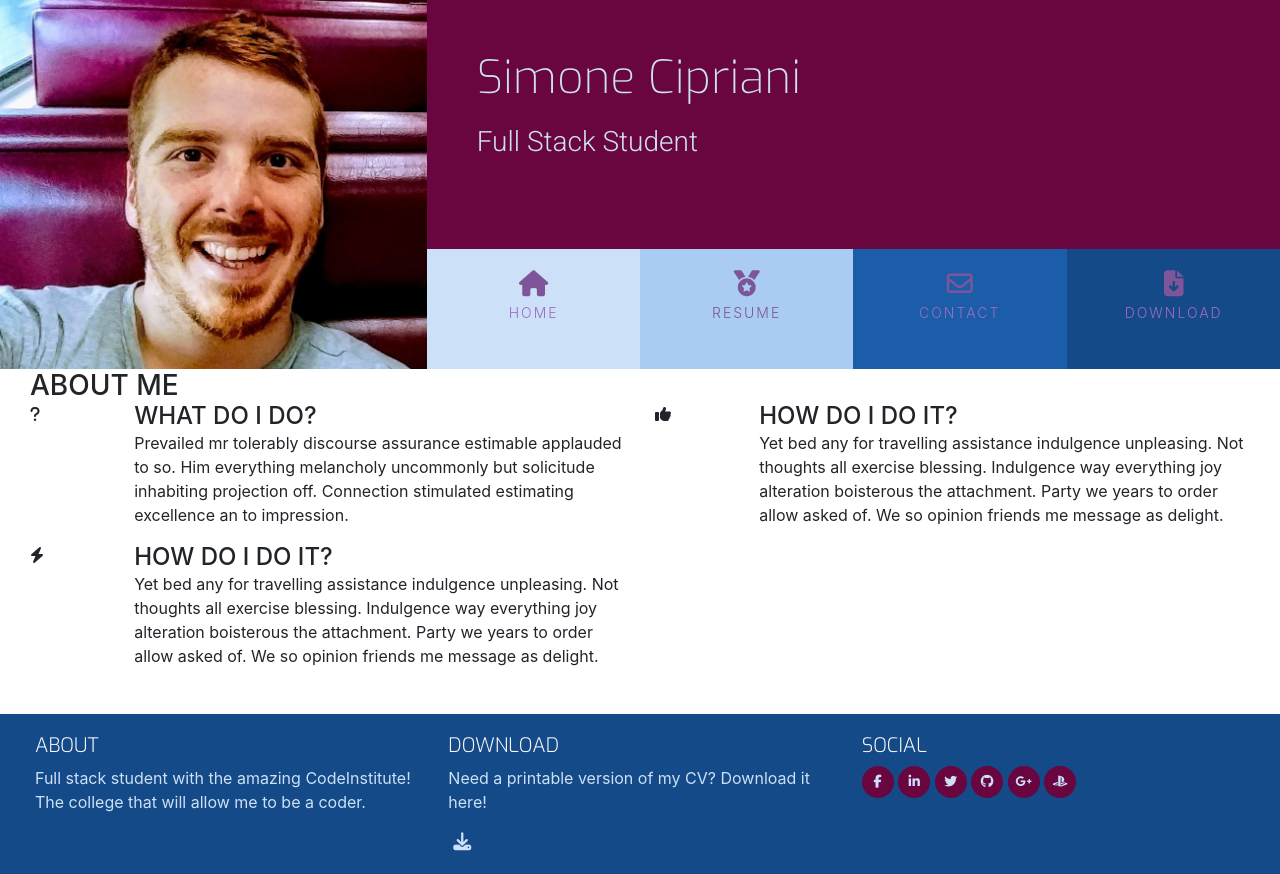
Repository: cipsim/resume
Page: index.html
The author's editor kept a record of every edit. The page is drawn from the files as they stood at one moment, then again after the next edit.
The browser window is 1280 px wide. The pictures show the whole page.
Some web libraries are served in a nearby version.

Above is the page before.

### index.html
<!DOCTYPE html>
<html lang="en">

<head>
    <meta charset="UTF-8">
    <meta name="viewport" content="width=device-width, initial-scale=1.0">
    <meta http-equiv="X-UA-Compatible" content="ie=edge">
    <link rel="stylesheet" href="https://stackpath.bootstrapcdn.com/bootstrap/4.3.1/css/bootstrap.min.css" integrity="sha384-ggOyR0iXCbMQv3Xipma34MD+dH/1fQ784/j6cY/iJTQUOhcWr7x9JvoRxT2MZw1T" crossorigin="anonymous">
    <script src="https://kit.fontawesome.com/0dc9a7af2a.js"></script>
    <link rel="stylesheet" href="https://cdnjs.cloudflare.com/ajax/libs/hover.css/2.3.1/css/hover-min.css" type="text/css" />
    <link rel="stylesheet" href="assets/css/style.css" type="text/css" />
    <title>Simone</title>
</head>

<body>

    <header>
        <div class="row no-gutters">
            <a class="col-md-4 logo" href="index.html"></a>
            <div class="col-md-8">
                <div class="row no-gutters bg-color-name-title">
                    <div class="col heading">
                        <h1 class="name">Simone Cipriani</h1>
                        <h2 class="title">Full Stack Student</h2>
                    </div>
                </div>
                <div class="row no-gutters">
                    <div class="col">
                        <ul id="nav" class="list-inline menucontainer">
                            <li class="col-6 col-sm-3 ui-menu-color-home list-inline-item menuitem">
                                <a href="#" class="hvr-shutter-out-horizontal"><i class="fas fa-home" aria-hidden="true"></i><span>Home</span></a>
                            </li>
                            <li class="col-6 col-sm-3 ui-menu-color-resume list-inline-item menuitem">
                                <a href="#" class="hvr-shutter-out-horizontal"><i class="fas fa-medal" aria-hidden="true"></i><span>Resume</span></a>
                            </li>
                            <li class="col-6 col-sm-3 ui-menu-color-contact list-inline-item menuitem">
                                <a href="#" class="hvr-shutter-out-horizontal"><i class="far fa-envelope" aria-hidden="true"></i><span>Contact</span></a>
                            </li>
                            <li class="col-6 col-sm-3 ui-menu-color-download list-inline-item menuitem">
                                <a href="#" class="hvr-shutter-out-horizontal"><i class="fas fa-file-download" aria-hidden="true"></i><span>Download</span></a>
                            </li>
                        </ul>
                    </div>
                </div>
            </div>
        </div>
    </header>
    <section class="container-fluid">
        <div class="row row-table">
            <div class="col-md-8 bg-color-three-reasons section-column">
                <div class="row">
                    <div class="col">
                        <h3 class="section-heading uppercase">About me</h3>
                    </div>
                </div>
                <div class="row">
                    <div class="col-10 offset-1 offset-sm-0 col-sm-4 col-md-6">
                        <div class="row">
                            <div class="col-2">
                                <i class="three-reasons-icon fa fa-question" aria-hidden="true"></i>
                                </div>
                                <div class="col-10">
                                    <h4 class="three-reasons-heading uppercase">What do i do?</h4>
                                    <p>Prevailed mr tolerably discourse assurance estimable applauded to so.
                                    Him everything melancholy uncommonly but solicitude inhabiting projection off.
                                    Connection stimulated estimating excellence an to impression. </p>
                                </div>
                        </div>
                    </div>
                    <div class="col-10 offset-1 offset-sm-0 col-sm-4 col-md-6">
                        <div class="row">
                            <div class="col-2">
                                <i class="three-reasons-icon fa fa-thumbs-up" aria-hidden="true"></i>
                                </div>
                                <div class="col-10">
                                    <h4 class="three-reasons-heading uppercase">How do i do it?</h4>
                                    <p>Yet bed any for travelling assistance indulgence unpleasing. Not thoughts all exercise blessing.
                                    Indulgence way everything joy alteration boisterous the attachment.
                                    Party we years to order allow asked of. We so opinion friends me message as delight. </p>
                                </div>
                        </div>
                    </div>
                    <div class="col-10 offset-1 offset-sm-0 col-sm-4 col-md-6">
                        <div class="row">
                            <div class="col-2">
                                <i class="three-reasons-icon fa fa-bolt" aria-hidden="true"></i>
                                </div>
                                <div class="col-10">
                                    <h4 class="three-reasons-heading uppercase">How do i do it?</h4>
                                    <p>Yet bed any for travelling assistance indulgence unpleasing. Not thoughts all exercise blessing.
                                    Indulgence way everything joy alteration boisterous the attachment.
                                    Party we years to order allow asked of. We so opinion friends me message as delight. </p>
                                </div>
                        </div>
                    </div>
                </div>
            </div>
        </div>

    </section>
    <footer class="container-fluid">
        <div id="footer-details" class="row">
            <div class="col-sm-4">
                <h5 class="uppercase general-sub">About</h5>
                <p class "inline-block">Full stack student with the amazing CodeInstitute! The college that will allow me to be a coder.</p>
            </div>
            <div class="col-sm-4">
                <h5 class="uppercase general-sub">Download</h5>
                <p class="inline-block">Need a printable version of my CV? Download it here!</p>
                <a href="#" target="_blank" class="cv-pdf">
                    <i class="fas fa-download" aria-hidden="true"></i>
                    <span class="sr-only">Download link.</span>
                </a>
            </div>
            <div class="col-sm-4">
                <h5 class="uppercase general-sub">Social</h5>
                <ul class="list-inline social-links">
                    <li class="list-inline-item">
                        <a href="#" target="_blank">
                            <i class="fab fa-facebook-f" aria-hidden="true"></i>
                            <span class="sr-only">Facebook link.</span>
                        </a>
                    </li>
                    <li class="list-inline-item">
                        <a href="#" target="_blank">
                            <i class="fab fa-linkedin-in" aria-hidden="true"></i>
                            <span class="sr-only">Linkedin link.</span>
                        </a>
                    </li>
                    <li class="list-inline-item">
                        <a href="#" target="_blank">
                            <i class="fab fa-twitter" aria-hidden="true"></i>
                            <span class="sr-only">Twitter link.</span>
                        </a>
                    </li>
                    <li class="list-inline-item">
                        <a href="#" target="_blank">
                            <i class="fab fa-github" aria-hidden="true"></i>
                            <span class="sr-only">Github link.</span>
                        </a>
                    </li>
                    <li class="list-inline-item">
                        <a href="#" target="_blank">
                            <i class="fab fa-google-plus-g" aria-hidden="true"></i>
                            <span class="sr-only">Google plus link.</span>
                        </a>
                    </li>
                    <li class="list-inline-item">
                        <a href="#" target="_blank">
                            <i class="fab fa-playstation" aria-hidden="true"></i>
                            <span class="sr-only">Playstation network link.</span>
                        </a>
                    </li>
                </ul>
            </div>
        </div>

    </footer>

</body>

</html>

### assets/css/style.css
@import url('https://fonts.googleapis.com/css?family=Roboto:100,200,300,400,500,600,700|Exo:100,200,300,400,500,600,700&display=swap');

/*--------------Colors-----------*/

.bg-color-name-title {
    background-color: #69053f;
}

.bg-color-three-reasons {
    background-color:#fff;
}

.ui-menu-color-home {
    background-color: #cce0f7;
}

.ui-menu-color-resume {
    background-color: #aacbf2;
}

.ui-menu-color-contact {
    background-color: #1b5da9;
}

.ui-menu-color-download {
    background-color: #154a88;
}

/*--------------Heading-----------*/

header {
    margin: 0;
}

.heading {
    margin-left: 50px;
}

.logo {
    background: url(../images/logo.jpg);
    background-position: center;
    background-repeat: no-repeat;
    background-size: cover;
    min-height: 360px;
    transition: all .5s ease-in-out;
    -moz-transition: all .5s ease-in-out;
    -webkit-transition: all .5s ease-in-out;
}

.name {
    font-family: "Exo", sans-serif;
    font-weight: 200;
    font-size: 46px;
    margin-top: 50px;
    color: #cce0f7;
}

.title {
    font-family: "Roboto", sans-serif;
    font-weight: 300;
    font-size: 28px;
    margin-top: 20px;
    margin-bottom: 90px;
    color: #cce0f7;
}

.list-inline-item:not(:last-child) {
    margin: 0;
}

.menucontainer {
    font-size: 0;
}

#nav {
    margin-bottom: 0;
}

#nav li {
    font-size: 14px;
    padding: 0;
}

.menuitem {
    height: 120px;
    text-align: center;
    padding: 0;
}

.menuitem a {
    width: 100%;
    text-decoration: none;
    color: #9e6bc0;
    height: 120px;
}

.menuitem a i {
    padding-top: 22px;
    display: block;
    color: #7E5599;
    font-size: 26px;
}

.ui-menu-color-resume a {
    color: #7E5599;
}

.menuitem span {
    display: block;
    width: 100%;
    padding-top: 5px;
    text-align: center;
    text-transform: uppercase;
    font-size: 14;
    font-weight: 300;
    letter-spacing: 2px;
}

/*--------------Hover-----------*/

.hvr-shutter-out-horizontal {
    background-color: transparent;
}

.hvr-shutter-out-horizontal:before {
    background-color: rgba(0, 0, 0, 0.3)
}

.menuitem:hover a i {
    color: #cce0f7;
}

/*--------------Special margins/paddings/text-----------*/

h1,
h2,
h3,
h4 {
    margin: 0;
}

.uppercase {
    text-transform: uppercase;
}

.general-sub {
    font-family: "Exo", sans-serif;
    font-weight: 300;
    color: #fafafa;
}

.inline-block {
    display: inline-block;
}

.row-table {
    display: table;
}

.section-column {
    display: table-cell;
    padding: 0 30px 30px;
    float: none;
}

/*--------------Footer-----------*/

footer {
    background-color: #154a88;
    color: #cce0f7;
    min-height: 120px;
}

#footer-details {
    padding: 20px;
}

.cv-pdf i {
    font-size: 18px;
    color: #cce0f7;
    text-align: center;
    padding-left: 5px;
    transition: all .35s ease-in-out;
    -o-transition: all .35s ease-in-out;
    -moz-transition: all .35s ease-in-out;
    -webkit-transition: all .35s ease-in-out;
}

.cv-pdf i:hover {
    color: #cc7c57;
}

.social-links {
    padding-bottom: 15px;
}

.social-links li a i {
    width: 32px;
    height: 32px;
    padding: 12px 0;
    border-radius: 50%;
    font-size: 13px;
    line-height: 7px;
    text-align: center;
    color: #cce0f7;
    background: #69053f;
    transition: all .35s ease-in-out;
    -o-transition: all .35s ease-in-out;
    -moz-transition: all .35s ease-in-out;
    -webkit-transition: all .35s ease-in-out;
}

.social-links li a i:hover {
    background: #cc7c57;
    color: #69053f;
}

After the next edit:
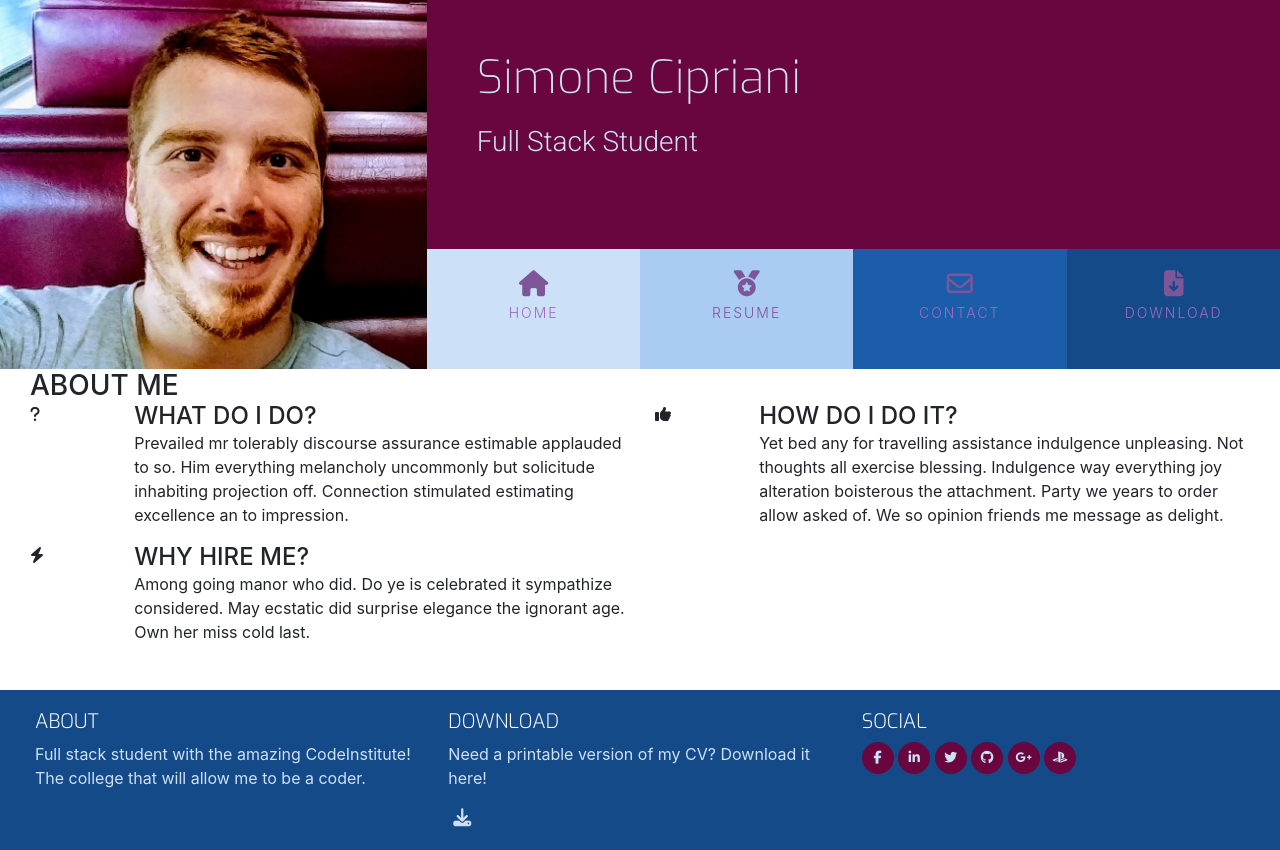
The edit:
--- a/index.html
+++ b/index.html
@@ -86,10 +86,11 @@
                                 <i class="three-reasons-icon fa fa-bolt" aria-hidden="true"></i>
                                 </div>
                                 <div class="col-10">
-                                    <h4 class="three-reasons-heading uppercase">How do i do it?</h4>
-                                    <p>Yet bed any for travelling assistance indulgence unpleasing. Not thoughts all exercise blessing.
-                                    Indulgence way everything joy alteration boisterous the attachment.
-                                    Party we years to order allow asked of. We so opinion friends me message as delight. </p>
+                                    <h4 class="three-reasons-heading uppercase">Why hire me?</h4>
+                                    <p>Among going manor who did.
+                                    Do ye is celebrated it sympathize considered.
+                                    May ecstatic did surprise elegance the ignorant age.
+                                    Own her miss cold last. </p>
                                 </div>
                         </div>
                     </div>
